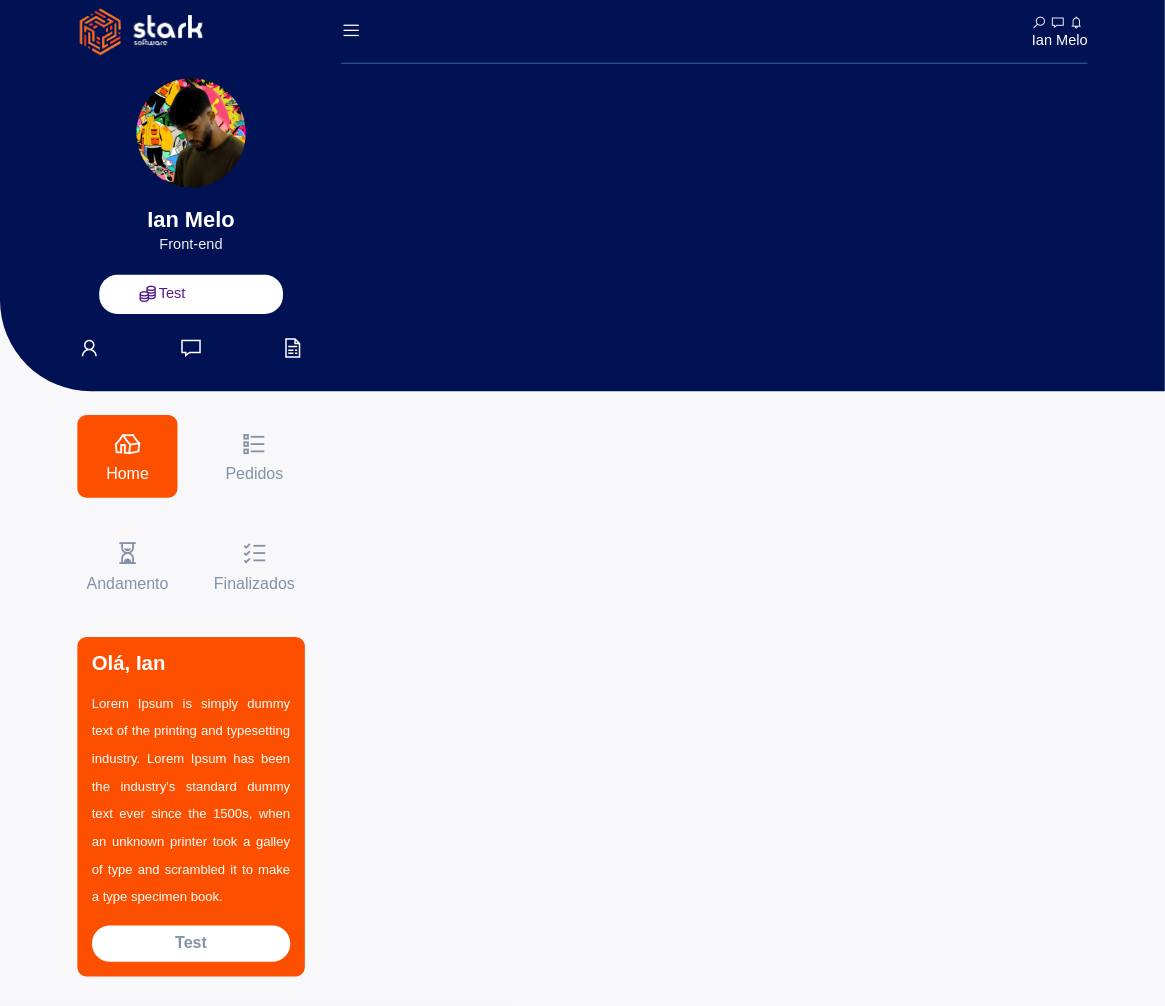
Repository: ichumbo/StarkDashboard
Page: index.html
These files come from the project's save history. The page is drawn as it stood at one moment and after the next save; the edit follows.
The browser window is 1280 px wide. The pictures show the whole page, at 91% of full size.
Pictures or frames that could not be fetched are drawn as grey boxes.

Above is the page before, as saved 2023-06-06 20:04:31.

After the next save:
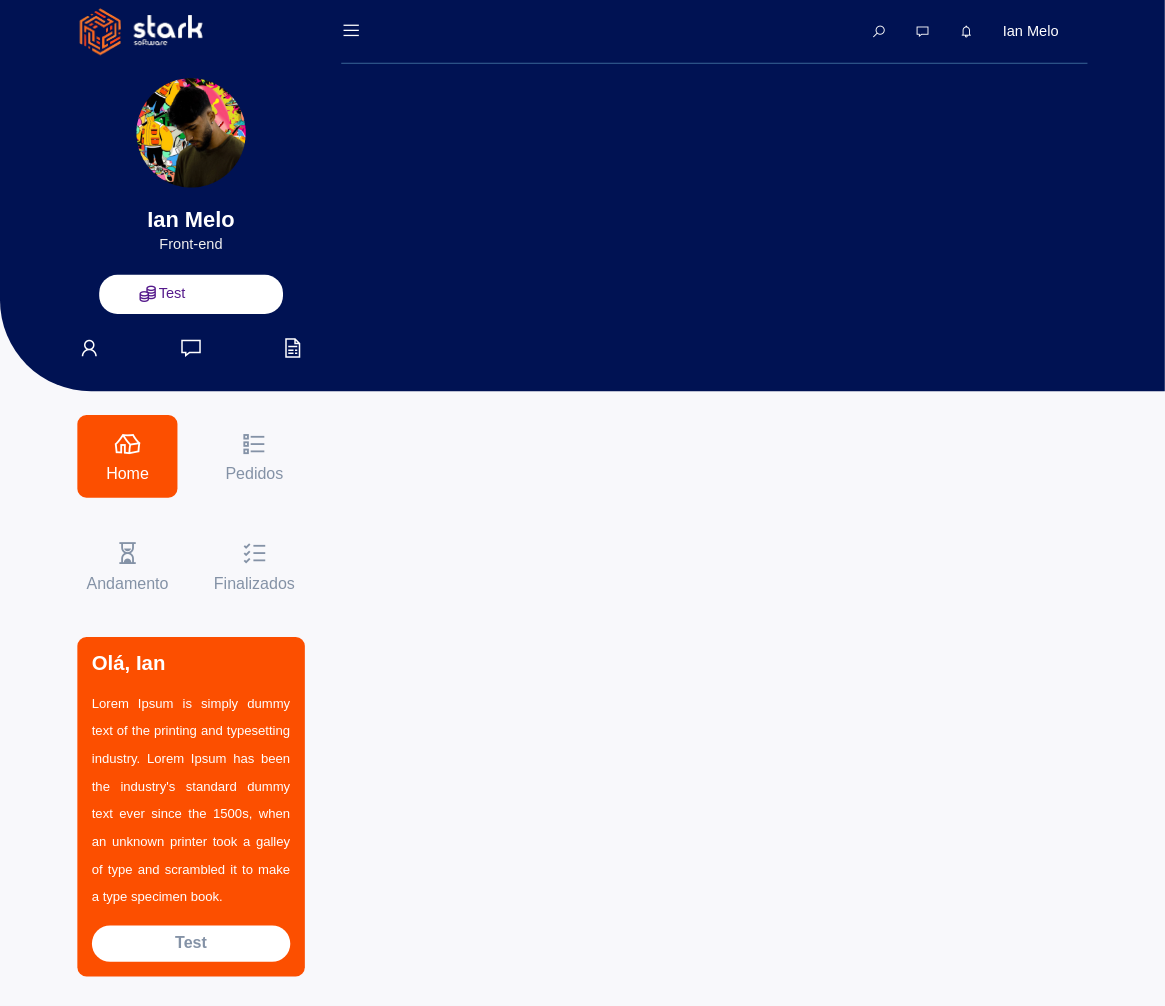
Saved 20 s later.
--- a/css/header.css
+++ b/css/header.css
@@ -17,11 +17,11 @@ header label {
     font-size: 1.4rem;
 }
 
-.header-icons {
+.head-icons {
     display: flex;
     align-items: center;
 }
 
-.header-icons span {
+.head-icons span {
     margin-right: 2rem;
 }
